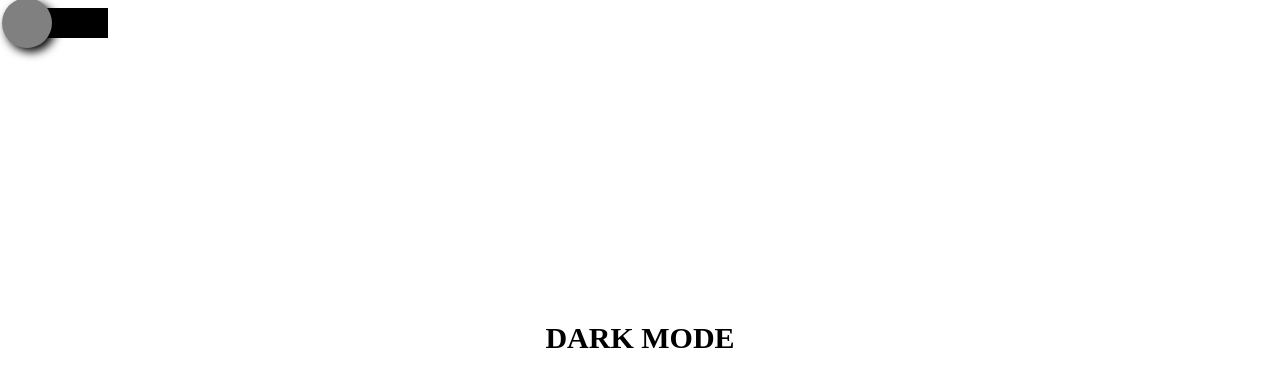
Repository: Eugene44-hub/darkmode-lightmode
Page: index.html
The author's editor kept a copy of each file at every save. The page is drawn from the files as they stood at one save, then again after the next save.
The browser window is 1280 px wide. The pictures show the whole page.
After loading, the first visible `div.circle` was clicked once.

Above is the page before, as saved 2021-09-13 01:54:37.

### index.html
<!DOCTYPE html>
<html lang="en">

<head>
    <meta charset="UTF-8">
    <meta http-equiv="X-UA-Compatible" content="IE=edge">
    <meta name="viewport" content="width=device-width, initial-scale=1.0">
    <title>Document</title>
    <link rel="stylesheet" href="style.css">
</head>

<body>

    <div class="box">
        <div class="circle"></div>
    </div>

    <div class="container">
        <p> Light mode</p>
    </div>

    <!-- <div class="square"></div>
    <div class="circle"></div> -->
    <script src="app.js"></script>
</body>

</html>

### style.css
body {
    height: 600px;
    transition: all 0.5s;
}

p {
    margin: auto;
    font-size: 30px;
    font-weight: bold;
    text-transform: uppercase;
    text-align: center;
}

.box {
    background-color: black;
    height: 30px;
    width: 100px;
    position: relative;
    transition: all 0.5s;
}

.container {
    height: 600px;
    display: flex;
}

.circle {
    top: -10px;
    background-color: grey;
    height: 50px;
    width: 50px;
    box-shadow: 4px 4px 10px black;
    border-radius: 50%;
    position: absolute;
    left: -6px;
    transition: all 0.5s;
}

### app.js
const circle = document.querySelector('.circle');
const box = document.querySelector('.box');
const text = document.querySelector('p');
circle.addEventListener('click', e => {
    if (circle.style.left == '-6px') {
        document.body.style.backgroundColor = 'black';
        circle.style.left = '50px'
        box.style.backgroundColor = 'white'
        text.style.color = 'white';
        text.textContent = 'light mode'

    } else {
        circle.style.left = '-6px'
        document.body.style.backgroundColor = 'white';
        text.style.color = 'black';
        box.style.backgroundColor = 'black';
        text.textContent = 'dark mode';
    }
})

After the next save:
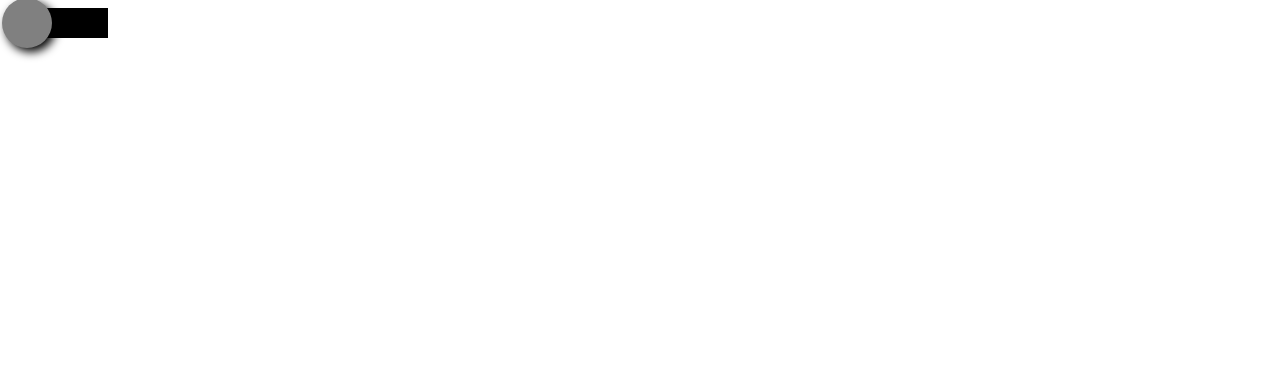
Saved 37 s later.
--- a/app.js
+++ b/app.js
@@ -14,6 +14,6 @@ circle.addEventListener('click', e => {
         document.body.style.backgroundColor = 'white';
         text.style.color = 'black';
         box.style.backgroundColor = 'black';
-        text.textContent = 'dark mode';
+        text.textContent = '';
     }
 })
